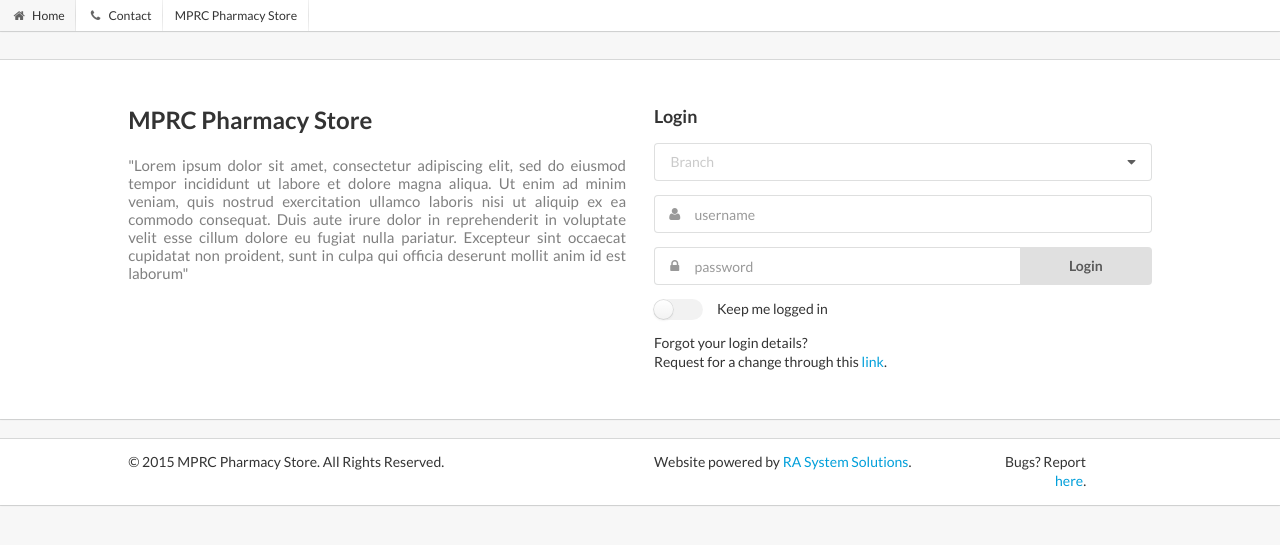
Repository: thdrwngkd/oims
Page: public/index.html
The author's editor kept a record of every edit. The page is drawn from the files as they stood at one moment, then again after the next edit.
The browser window is 1280 px wide. The pictures show the whole page.

Above is the page before.

### public/index.html
<!DOCTYPE html>
<html>
  <head>
    <!-- Standard Meta -->
    <meta charset="utf-8" />
    <meta http-equiv="X-UA-Compatible" content="IE=edge,chrome=1" />
    <meta name="viewport" content="width=device-width, initial-scale=1.0, maximum-scale=1.0">

    <!-- Site Properities -->
    <title>Online Inventory Management</title>

    <link href="../dist/googleapis.css" rel="stylesheet" type="text/css">
    <link href="../dist/semantic.css"   rel="stylesheet" type="text/css">
    <link href="../src/css/base.css"    rel="stylesheet" type="text/css">

    <script src="../dist/jquery.js"></script>
    <script src="../dist/jquery.address.js"></script>
    <script src="../dist/semantic.js"></script>

  </head>
  <body>
    <!-- Start  Header Navbar -->
    <header>
      <nav class="ui fixed fluid main small menu">
        <a class="item" href="#"><i class="home icon"></i>  Home</a>
        <a class="item" href="#"><i class="call icon"></i>  Contact</a>
        <a class="item">MPRC Pharmacy Store</a>
      </nav>
    </header>
    <!-- End    Header Navbar -->
    <div class="clear height sixty pixels"></div>
    <!-- Start  Section Masthead Segment -->
    <section class="ui center segment clear">
      <div class="ui stackable page grid top-bottom margin twenty pixels">
        <div class="two column row">
          <div class="column">
            <h2 class="ui header">
              MPRC Pharmacy Store
              <div class="sub header" style="margin-top: 20px; text-align: justify">
                "Lorem ipsum dolor sit amet, consectetur adipiscing elit, sed do eiusmod tempor incididunt ut labore et dolore magna aliqua. Ut enim ad minim veniam, quis nostrud exercitation ullamco laboris nisi ut aliquip ex ea commodo consequat. Duis aute irure dolor in reprehenderit in voluptate velit esse cillum dolore eu fugiat nulla pariatur. Excepteur sint occaecat cupidatat non proident, sunt in culpa qui officia deserunt mollit anim id est laborum"
              </div>
            </h2>
          </div>
          <div class="column">
            <h3 class="ui header">
              Login
            </h3>
            <form class="ui fluid form">
              <div class="field">
                <div class="ui selection dropdown">
                  <input type="hidden" name="gender">
                  <div class="default text">Branch</div>
                  <i class="dropdown icon"></i>
                  <div class="menu">
                    <div class="item" data-value="male">Pag-Asa</div>
                    <div class="item" data-value="female">Daang Tubo</div>
                  </div>
                </div>
              </div>
              <div class="field">
                <div class="ui left icon input">
                  <input type="text" placeholder="username">
                  <i class="user icon"></i>
                </div>
              </div>
              <div class="field">
                <div class="ui left icon action input">
                  <i class="lock icon"></i>
                  <input name="email" type="text" placeholder="password">
                  <div class="ui submit button">Login</div>
                </div>
              </div>
              <div class="field">
                <div class="ui toggle checkbox">
                  <input type="checkbox" name="keep_logged" value="x">
                  <label>Keep me logged in</label>
                </div>
              </div>
              <div class="field">
                <p>Forgot your login details?<br>Request for a change through this <a href="forgot-password.html">link</a>.</p>
              </div>
            </form>
          </div>
        </div>
      </div>

    </section>
    <!-- End    Projects Section -->
    <div class="clear height twenty pixels"></div>
    <!-- Start  About Section -->
    <section class="ui footer segment clear">
      <div class="ui page grid">
        <div class="row">
          <div class="eight wide column">
            <p>© 2015 MPRC Pharmacy Store. All Rights Reserved.</p>
          </div>
          <div class="five wide column">
            <p>Website powered by <a href="">RA System Solutions</a>.</p>
          </div>
          <div class="right aligned two wide column">
            <p>Bugs? Report <a href="">here</a>.</p>
          </div>
        </div>
      </div>
    </section>
    <!-- End    About Section -->
    <!-- Javascript Imports -->
      <script src="../dist/base.js"></script>
    <!-- Javascript Imports -->
  </body>
</html>

### dist/googleapis.css
/* cyrillic-ext */
@font-face {
  font-family: 'Open Sans';
  font-style: normal;
  font-weight: 300;
  src: local('Open Sans Light'), local('OpenSans-Light'), url(http://fonts.gstatic.com/s/opensans/v10/DXI1ORHCpsQm3Vp6mXoaTSUUniRZcd_wq8DYmIfsw2A.woff2) format('woff2');
  unicode-range: U+0460-052F, U+20B4, U+2DE0-2DFF, U+A640-A69F;
}
/* cyrillic */
@font-face {
  font-family: 'Open Sans';
  font-style: normal;
  font-weight: 300;
  src: local('Open Sans Light'), local('OpenSans-Light'), url(http://fonts.gstatic.com/s/opensans/v10/DXI1ORHCpsQm3Vp6mXoaTeXREeHhJi4GEUJI9ob_ak4.woff2) format('woff2');
  unicode-range: U+0400-045F, U+0490-0491, U+04B0-04B1, U+2116;
}
/* devanagari */
@font-face {
  font-family: 'Open Sans';
  font-style: normal;
  font-weight: 300;
  src: local('Open Sans Light'), local('OpenSans-Light'), url(http://fonts.gstatic.com/s/opensans/v10/DXI1ORHCpsQm3Vp6mXoaTY0Uz7fbu6RM5MPetubMKio.woff2) format('woff2');
  unicode-range: U+02BC, U+0900-097F, U+1CD0-1CF6, U+1CF8-1CF9, U+200B-200D, U+20A8, U+20B9, U+25CC, U+A830-A839, U+A8E0-A8FB;
}
/* greek-ext */
@font-face {
  font-family: 'Open Sans';
  font-style: normal;
  font-weight: 300;
  src: local('Open Sans Light'), local('OpenSans-Light'), url(http://fonts.gstatic.com/s/opensans/v10/DXI1ORHCpsQm3Vp6mXoaTfzy0yu4vcvNhe7QLuoE8rU.woff2) format('woff2');
  unicode-range: U+1F00-1FFF;
}
/* greek */
@font-face {
  font-family: 'Open Sans';
  font-style: normal;
  font-weight: 300;
  src: local('Open Sans Light'), local('OpenSans-Light'), url(http://fonts.gstatic.com/s/opensans/v10/DXI1ORHCpsQm3Vp6mXoaTc9-ZSaZ3mOOsU9E1f6DGWc.woff2) format('woff2');
  unicode-range: U+0370-03FF;
}
/* vietnamese */
@font-face {
  font-family: 'Open Sans';
  font-style: normal;
  font-weight: 300;
  src: local('Open Sans Light'), local('OpenSans-Light'), url(http://fonts.gstatic.com/s/opensans/v10/DXI1ORHCpsQm3Vp6mXoaTYZI5FoslwusAsZHK_V0XCI.woff2) format('woff2');
  unicode-range: U+0102-0103, U+1EA0-1EF1, U+20AB;
}
/* latin-ext */
@font-face {
  font-family: 'Open Sans';
  font-style: normal;
  font-weight: 300;
  src: local('Open Sans Light'), local('OpenSans-Light'), url(http://fonts.gstatic.com/s/opensans/v10/DXI1ORHCpsQm3Vp6mXoaTRUOjZSKWg4xBWp_C_qQx0o.woff2) format('woff2');
  unicode-range: U+0100-024F, U+1E00-1EFF, U+20A0-20AB, U+20AD-20CF, U+2C60-2C7F, U+A720-A7FF;
}
/* latin */
@font-face {
  font-family: 'Open Sans';
  font-style: normal;
  font-weight: 300;
  src: local('Open Sans Light'), local('OpenSans-Light'), url(http://fonts.gstatic.com/s/opensans/v10/DXI1ORHCpsQm3Vp6mXoaTegdm0LZdjqr5-oayXSOefg.woff2) format('woff2');
  unicode-range: U+0000-00FF, U+0131, U+0152-0153, U+02C6, U+02DA, U+02DC, U+2000-206F, U+2074, U+20AC, U+2212, U+2215, U+E0FF, U+EFFD, U+F000;
}
/* cyrillic-ext */
@font-face {
  font-family: 'Open Sans';
  font-style: normal;
  font-weight: 400;
  src: local('Open Sans'), local('OpenSans'), url(http://fonts.gstatic.com/s/opensans/v10/K88pR3goAWT7BTt32Z01m1tXRa8TVwTICgirnJhmVJw.woff2) format('woff2');
  unicode-range: U+0460-052F, U+20B4, U+2DE0-2DFF, U+A640-A69F;
}
/* cyrillic */
@font-face {
  font-family: 'Open Sans';
  font-style: normal;
  font-weight: 400;
  src: local('Open Sans'), local('OpenSans'), url(http://fonts.gstatic.com/s/opensans/v10/RjgO7rYTmqiVp7vzi-Q5UVtXRa8TVwTICgirnJhmVJw.woff2) format('woff2');
  unicode-range: U+0400-045F, U+0490-0491, U+04B0-04B1, U+2116;
}
/* devanagari */
@font-face {
  font-family: 'Open Sans';
  font-style: normal;
  font-weight: 400;
  src: local('Open Sans'), local('OpenSans'), url(http://fonts.gstatic.com/s/opensans/v10/ttwNtsRpgsxVmgGGmiUOEltXRa8TVwTICgirnJhmVJw.woff2) format('woff2');
  unicode-range: U+02BC, U+0900-097F, U+1CD0-1CF6, U+1CF8-1CF9, U+200B-200D, U+20A8, U+20B9, U+25CC, U+A830-A839, U+A8E0-A8FB;
}
/* greek-ext */
@font-face {
  font-family: 'Open Sans';
  font-style: normal;
  font-weight: 400;
  src: local('Open Sans'), local('OpenSans'), url(http://fonts.gstatic.com/s/opensans/v10/LWCjsQkB6EMdfHrEVqA1KVtXRa8TVwTICgirnJhmVJw.woff2) format('woff2');
  unicode-range: U+1F00-1FFF;
}
/* greek */
@font-face {
  font-family: 'Open Sans';
  font-style: normal;
  font-weight: 400;
  src: local('Open Sans'), local('OpenSans'), url(http://fonts.gstatic.com/s/opensans/v10/xozscpT2726on7jbcb_pAltXRa8TVwTICgirnJhmVJw.woff2) format('woff2');
  unicode-range: U+0370-03FF;
}
/* vietnamese */
@font-face {
  font-family: 'Open Sans';
  font-style: normal;
  font-weight: 400;
  src: local('Open Sans'), local('OpenSans'), url(http://fonts.gstatic.com/s/opensans/v10/59ZRklaO5bWGqF5A9baEEVtXRa8TVwTICgirnJhmVJw.woff2) format('woff2');
  unicode-range: U+0102-0103, U+1EA0-1EF1, U+20AB;
}
/* latin-ext */
@font-face {
  font-family: 'Open Sans';
  font-style: normal;
  font-weight: 400;
  src: local('Open Sans'), local('OpenSans'), url(http://fonts.gstatic.com/s/opensans/v10/u-WUoqrET9fUeobQW7jkRVtXRa8TVwTICgirnJhmVJw.woff2) format('woff2');
  unicode-range: U+0100-024F, U+1E00-1EFF, U+20A0-20AB, U+20AD-20CF, U+2C60-2C7F, U+A720-A7FF;
}
/* latin */
@font-face {
  font-family: 'Open Sans';
  font-style: normal;
  font-weight: 400;
  src: local('Open Sans'), local('OpenSans'), url(http://fonts.gstatic.com/s/opensans/v10/cJZKeOuBrn4kERxqtaUH3VtXRa8TVwTICgirnJhmVJw.woff2) format('woff2');
  unicode-range: U+0000-00FF, U+0131, U+0152-0153, U+02C6, U+02DA, U+02DC, U+2000-206F, U+2074, U+20AC, U+2212, U+2215, U+E0FF, U+EFFD, U+F000;
}
/* cyrillic-ext */
@font-face {
  font-family: 'Open Sans';
  font-style: normal;
  font-weight: 700;
  src: local('Open Sans Bold'), local('OpenSans-Bold'), url(http://fonts.gstatic.com/s/opensans/v10/k3k702ZOKiLJc3WVjuplzCUUniRZcd_wq8DYmIfsw2A.woff2) format('woff2');
  unicode-range: U+0460-052F, U+20B4, U+2DE0-2DFF, U+A640-A69F;
}
/* cyrillic */
@font-face {
  font-family: 'Open Sans';
  font-style: normal;
  font-weight: 700;
  src: local('Open Sans Bold'), local('OpenSans-Bold'), url(http://fonts.gstatic.com/s/opensans/v10/k3k702ZOKiLJc3WVjuplzOXREeHhJi4GEUJI9ob_ak4.woff2) format('woff2');
  unicode-range: U+0400-045F, U+0490-0491, U+04B0-04B1, U+2116;
}
/* devanagari */
@font-face {
  font-family: 'Open Sans';
  font-style: normal;
  font-weight: 700;
  src: local('Open Sans Bold'), local('OpenSans-Bold'), url(http://fonts.gstatic.com/s/opensans/v10/k3k702ZOKiLJc3WVjuplzI0Uz7fbu6RM5MPetubMKio.woff2) format('woff2');
  unicode-range: U+02BC, U+0900-097F, U+1CD0-1CF6, U+1CF8-1CF9, U+200B-200D, U+20A8, U+20B9, U+25CC, U+A830-A839, U+A8E0-A8FB;
}
/* greek-ext */
@font-face {
  font-family: 'Open Sans';
  font-style: normal;
  font-weight: 700;
  src: local('Open Sans Bold'), local('OpenSans-Bold'), url(http://fonts.gstatic.com/s/opensans/v10/k3k702ZOKiLJc3WVjuplzPzy0yu4vcvNhe7QLuoE8rU.woff2) format('woff2');
  unicode-range: U+1F00-1FFF;
}
/* greek */
@font-face {
  font-family: 'Open Sans';
  font-style: normal;
  font-weight: 700;
  src: local('Open Sans Bold'), local('OpenSans-Bold'), url(http://fonts.gstatic.com/s/opensans/v10/k3k702ZOKiLJc3WVjuplzM9-ZSaZ3mOOsU9E1f6DGWc.woff2) format('woff2');
  unicode-range: U+0370-03FF;
}
/* vietnamese */
@font-face {
  font-family: 'Open Sans';
  font-style: normal;
  font-weight: 700;
  src: local('Open Sans Bold'), local('OpenSans-Bold'), url(http://fonts.gstatic.com/s/opensans/v10/k3k702ZOKiLJc3WVjuplzIZI5FoslwusAsZHK_V0XCI.woff2) format('woff2');
  unicode-range: U+0102-0103, U+1EA0-1EF1, U+20AB;
}
/* latin-ext */
@font-face {
  font-family: 'Open Sans';
  font-style: normal;
  font-weight: 700;
  src: local('Open Sans Bold'), local('OpenSans-Bold'), url(http://fonts.gstatic.com/s/opensans/v10/k3k702ZOKiLJc3WVjuplzBUOjZSKWg4xBWp_C_qQx0o.woff2) format('woff2');
  unicode-range: U+0100-024F, U+1E00-1EFF, U+20A0-20AB, U+20AD-20CF, U+2C60-2C7F, U+A720-A7FF;
}
/* latin */
@font-face {
  font-family: 'Open Sans';
  font-style: normal;
  font-weight: 700;
  src: local('Open Sans Bold'), local('OpenSans-Bold'), url(http://fonts.gstatic.com/s/opensans/v10/k3k702ZOKiLJc3WVjuplzOgdm0LZdjqr5-oayXSOefg.woff2) format('woff2');
  unicode-range: U+0000-00FF, U+0131, U+0152-0153, U+02C6, U+02DA, U+02DC, U+2000-206F, U+2074, U+20AC, U+2212, U+2215, U+E0FF, U+EFFD, U+F000;
}
/* cyrillic-ext */
@font-face {
  font-family: 'Open Sans';
  font-style: italic;
  font-weight: 300;
  src: local('Open Sans Light Italic'), local('OpenSansLight-Italic'), url(http://fonts.gstatic.com/s/opensans/v10/PRmiXeptR36kaC0GEAetxnJcj75aoY2FkN1K7fN5pSM.woff2) format('woff2');
  unicode-range: U+0460-052F, U+20B4, U+2DE0-2DFF, U+A640-A69F;
}
/* cyrillic */
@font-face {
  font-family: 'Open Sans';
  font-style: italic;
  font-weight: 300;
  src: local('Open Sans Light Italic'), local('OpenSansLight-Italic'), url(http://fonts.gstatic.com/s/opensans/v10/PRmiXeptR36kaC0GEAetxn1Xmpo4ASt4tV2E8fbn9tc.woff2) format('woff2');
  unicode-range: U+0400-045F, U+0490-0491, U+04B0-04B1, U+2116;
}
/* devanagari */
@font-face {
  font-family: 'Open Sans';
  font-style: italic;
  font-weight: 300;
  src: local('Open Sans Light Italic'), local('OpenSansLight-Italic'), url(http://fonts.gstatic.com/s/opensans/v10/PRmiXeptR36kaC0GEAetxp0ZClPV6EjNt18zha_DeYY.woff2) format('woff2');
  unicode-range: U+02BC, U+0900-097F, U+1CD0-1CF6, U+1CF8-1CF9, U+200B-200D, U+20A8, U+20B9, U+25CC, U+A830-A839, U+A8E0-A8FB;
}
/* greek-ext */
@font-face {
  font-family: 'Open Sans';
  font-style: italic;
  font-weight: 300;
  src: local('Open Sans Light Italic'), local('OpenSansLight-Italic'), url(http://fonts.gstatic.com/s/opensans/v10/PRmiXeptR36kaC0GEAetxhvwU2jSZ_W3bMnLe__5hmc.woff2) format('woff2');
  unicode-range: U+1F00-1FFF;
}
/* greek */
@font-face {
  font-family: 'Open Sans';
  font-style: italic;
  font-weight: 300;
  src: local('Open Sans Light Italic'), local('OpenSansLight-Italic'), url(http://fonts.gstatic.com/s/opensans/v10/PRmiXeptR36kaC0GEAetxlG2YASMDG4K4_XuakzasE8.woff2) format('woff2');
  unicode-range: U+0370-03FF;
}
/* vietnamese */
@font-face {
  font-family: 'Open Sans';
  font-style: italic;
  font-weight: 300;
  src: local('Open Sans Light Italic'), local('OpenSansLight-Italic'), url(http://fonts.gstatic.com/s/opensans/v10/PRmiXeptR36kaC0GEAetxqRhChYxGgJf4PX4Wvk4Rlk.woff2) format('woff2');
  unicode-range: U+0102-0103, U+1EA0-1EF1, U+20AB;
}
/* latin-ext */
@font-face {
  font-family: 'Open Sans';
  font-style: italic;
  font-weight: 300;
  src: local('Open Sans Light Italic'), local('OpenSansLight-Italic'), url(http://fonts.gstatic.com/s/opensans/v10/PRmiXeptR36kaC0GEAetxo05NJhCxBV64hQBJiatqx0.woff2) format('woff2');
  unicode-range: U+0100-024F, U+1E00-1EFF, U+20A0-20AB, U+20AD-20CF, U+2C60-2C7F, U+A720-A7FF;
}
/* latin */
@font-face {
  font-family: 'Open Sans';
  font-style: italic;
  font-weight: 300;
  src: local('Open Sans Light Italic'), local('OpenSansLight-Italic'), url(http://fonts.gstatic.com/s/opensans/v10/PRmiXeptR36kaC0GEAetxko2lTMeWA_kmIyWrkNCwPc.woff2) format('woff2');
  unicode-range: U+0000-00FF, U+0131, U+0152-0153, U+02C6, U+02DA, U+02DC, U+2000-206F, U+2074, U+20AC, U+2212, U+2215, U+E0FF, U+EFFD, U+F000;
}
/* vietnamese */
@font-face {
  font-family: 'Source Sans Pro';
  font-style: normal;
  font-weight: 400;
  src: local('Source Sans Pro'), local('SourceSansPro-Regular'), url(http://fonts.gstatic.com/s/sourcesanspro/v9/ODelI1aHBYDBqgeIAH2zlNOAHFN6BivSraYkjhveRHY.woff2) format('woff2');
  unicode-range: U+0102-0103, U+1EA0-1EF1, U+20AB;
}
/* latin-ext */
@font-face {
  font-family: 'Source Sans Pro';
  font-style: normal;
  font-weight: 400;
  src: local('Source Sans Pro'), local('SourceSansPro-Regular'), url(http://fonts.gstatic.com/s/sourcesanspro/v9/ODelI1aHBYDBqgeIAH2zlC2Q8seG17bfDXYR_jUsrzg.woff2) format('woff2');
  unicode-range: U+0100-024F, U+1E00-1EFF, U+20A0-20AB, U+20AD-20CF, U+2C60-2C7F, U+A720-A7FF;
}
/* latin */
@font-face {
  font-family: 'Source Sans Pro';
  font-style: normal;
  font-weight: 400;
  src: local('Source Sans Pro'), local('SourceSansPro-Regular'), url(http://fonts.gstatic.com/s/sourcesanspro/v9/ODelI1aHBYDBqgeIAH2zlNV_2ngZ8dMf8fLgjYEouxg.woff2) format('woff2');
  unicode-range: U+0000-00FF, U+0131, U+0152-0153, U+02C6, U+02DA, U+02DC, U+2000-206F, U+2074, U+20AC, U+2212, U+2215, U+E0FF, U+EFFD, U+F000;
}
/* vietnamese */
@font-face {
  font-family: 'Source Sans Pro';
  font-style: normal;
  font-weight: 700;
  src: local('Source Sans Pro Bold'), local('SourceSansPro-Bold'), url(http://fonts.gstatic.com/s/sourcesanspro/v9/toadOcfmlt9b38dHJxOBGDovqjS_dXPZszO_XltPdNg.woff2) format('woff2');
  unicode-range: U+0102-0103, U+1EA0-1EF1, U+20AB;
}
/* latin-ext */
@font-face {
  font-family: 'Source Sans Pro';
  font-style: normal;
  font-weight: 700;
  src: local('Source Sans Pro Bold'), local('SourceSansPro-Bold'), url(http://fonts.gstatic.com/s/sourcesanspro/v9/toadOcfmlt9b38dHJxOBGFxe-GPfKKFmiXaJ_Q0GFr8.woff2) format('woff2');
  unicode-range: U+0100-024F, U+1E00-1EFF, U+20A0-20AB, U+20AD-20CF, U+2C60-2C7F, U+A720-A7FF;
}
/* latin */
@font-face {
  font-family: 'Source Sans Pro';
  font-style: normal;
  font-weight: 700;
  src: local('Source Sans Pro Bold'), local('SourceSansPro-Bold'), url(http://fonts.gstatic.com/s/sourcesanspro/v9/toadOcfmlt9b38dHJxOBGEo0As1BFRXtCDhS66znb_k.woff2) format('woff2');
  unicode-range: U+0000-00FF, U+0131, U+0152-0153, U+02C6, U+02DA, U+02DC, U+2000-206F, U+2074, U+20AC, U+2212, U+2215, U+E0FF, U+EFFD, U+F000;
}

### src/css/base.css

      .clear.height {
        height: 0;
      }

      .clear.height.ten.pixels {
        height: 10px;
      }

      .clear.height.twenty.pixels {
        height: 20px;
      }

      .clear.height.forty.pixels {
        height: 40px;
      }

      .clear.height.sixty.pixels {
        height: 60px;
      }

      .clear.height.eighty.pixels {
        height: 80px;
      }

      .clear.height.one.hundred.pixels {
        height: 100px;
      }

      .clear.height.two.hundred.pixels {
        height: 200px;
      }

      .ui.clear {
        border-radius: 0;
        margin: 0;
      }

      .ui.top-bottom.margin {
        margin-top: 100px;
        margin-bottom: 100px;
      }

      .ui.top-bottom.margin.ten.pixels {
        margin-top:     10px;
        margin-bottom:  10px;
      }

      .ui.top-bottom.margin.twenty.pixels {
        margin-top:     20px;
        margin-bottom:  20px;
      }

      .ui.top-bottom.margin.forty.pixels {
        margin-top:     40px;
        margin-bottom:  40px;
      }

      .ui.skill.label {
        margin-top: 4px;
        margin-bottom: 4px;
      }

      .bordered {
        border: 1px solid black;
      }

### dist/base.js
$(document).ready(function(){
  $('.dropdown').dropdown();
  $('.checkbox').checkbox();
});

Loaded but not shown: dist/semantic.css (library); dist/jquery.js (library); dist/jquery.address.js (library); dist/semantic.js (library)

After the next edit:
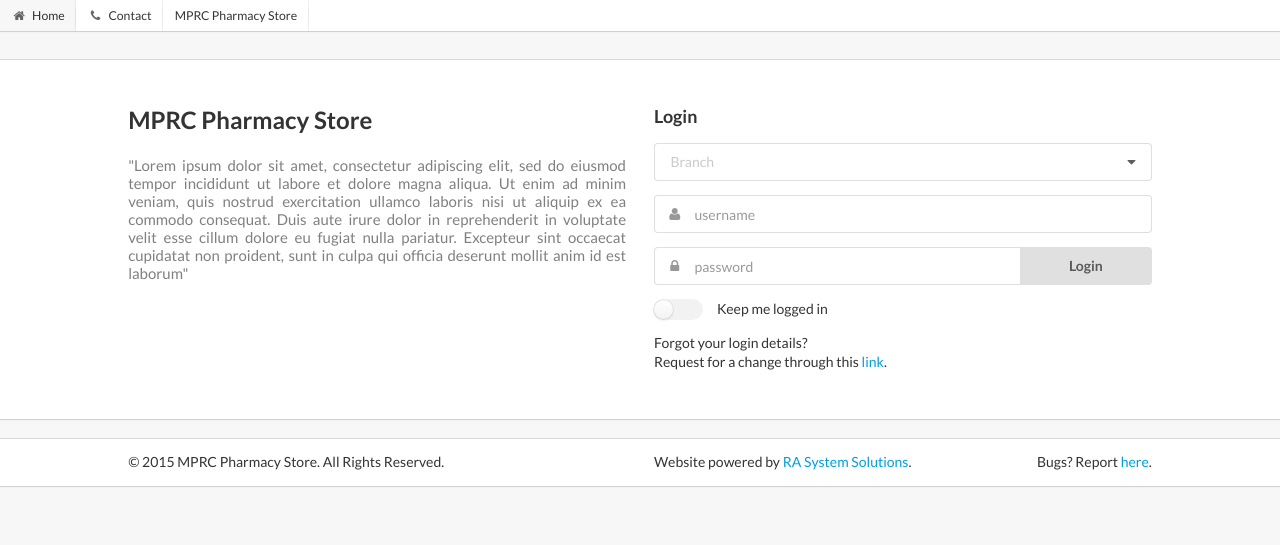
The edit:
--- a/public/index.html
+++ b/public/index.html
@@ -97,7 +97,7 @@
           <div class="five wide column">
             <p>Website powered by <a href="">RA System Solutions</a>.</p>
           </div>
-          <div class="right aligned two wide column">
+          <div class="right aligned three wide column">
             <p>Bugs? Report <a href="">here</a>.</p>
           </div>
         </div>
